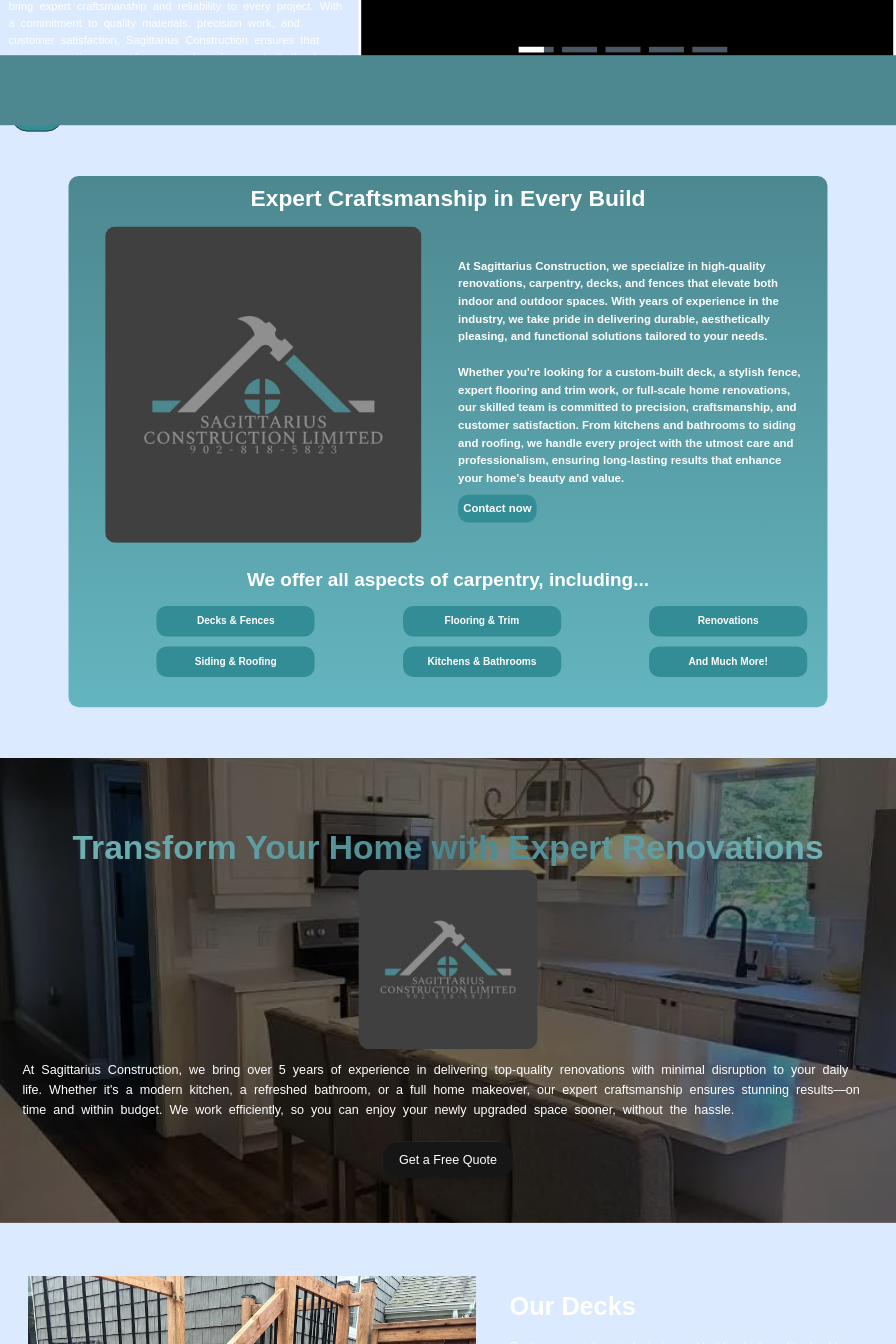
Repository: TMuse333/sagittarius
Page: / (app in frontend/)
These files come from the project's save history. The page is drawn as it stood at one moment and after the next save; the edit follows.
The browser window is 1280 px wide. The pictures show the part of the page from y = 557 to 2477 px (the page is 10004 px tall before and 9780 px after), at 70% of full size.
The project was rebuilt for these pictures with package versions that can differ from the ones it lists, and the page was loaded fresh each time. The framework's server and built-in components were replaced by stand-ins that run in the browser. Also part of the build but not shown: frontend/next.config.ts.

Above is the page before, as saved 2025-03-17 19:23:45.

After the next save:
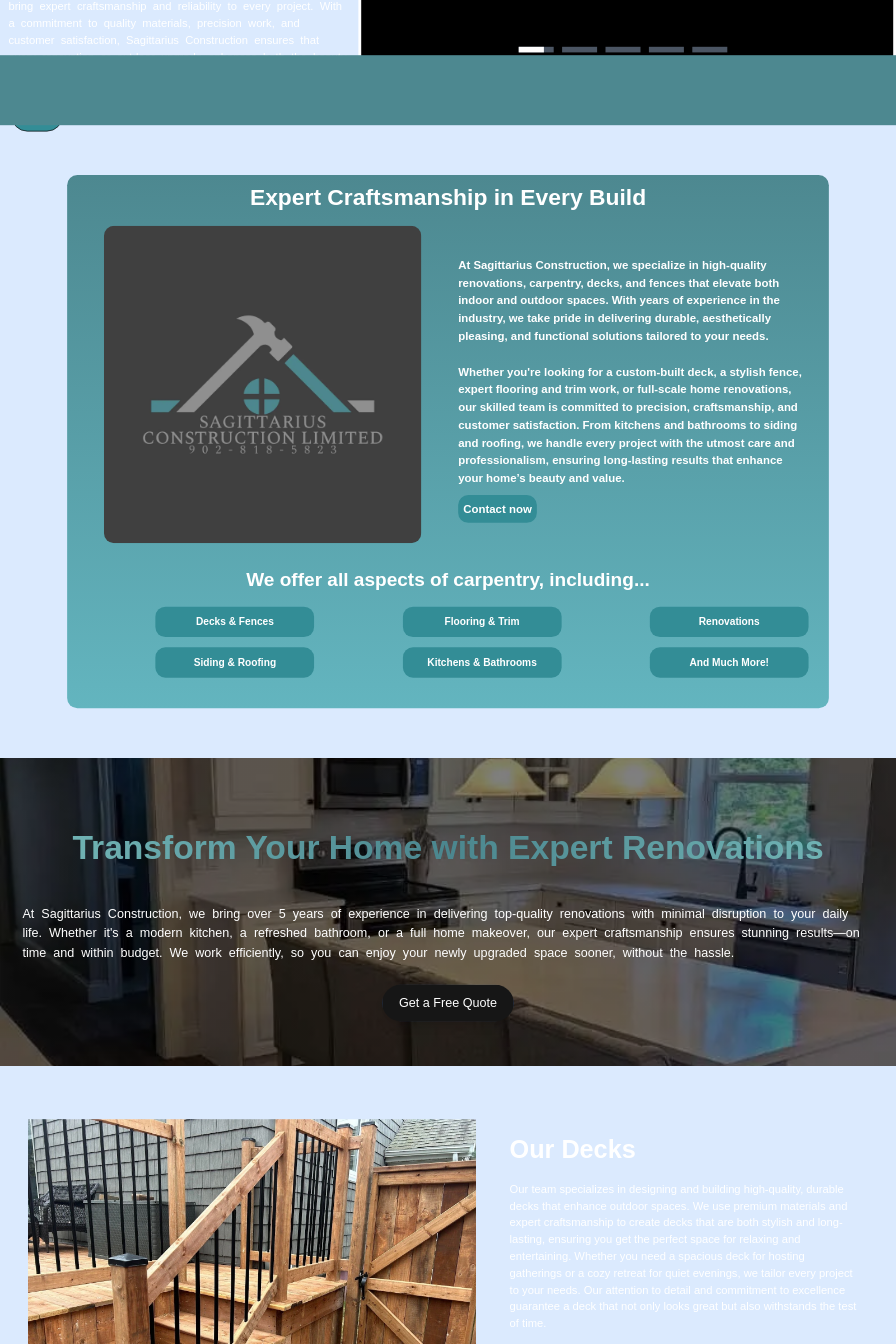
Saved 68 s later.
--- a/frontend/src/components/verticalImageText/verticalImageText.tsx
+++ b/frontend/src/components/verticalImageText/verticalImageText.tsx
@@ -147,14 +147,14 @@
 
 
       {/* Optional image */}
-      <Image
+      {/* <Image
         src={brain}
         alt="brain"
         className="w-[20vw] object-cover mx-auto relative z-[4]
         max-w-[420px] max-h-[280px] mt-[-3rem] mb-4
         rounded-2xl
         "
-      />
+      /> */}
 
       {/* Call to action section */}
       <section id='closing-paragraph'
